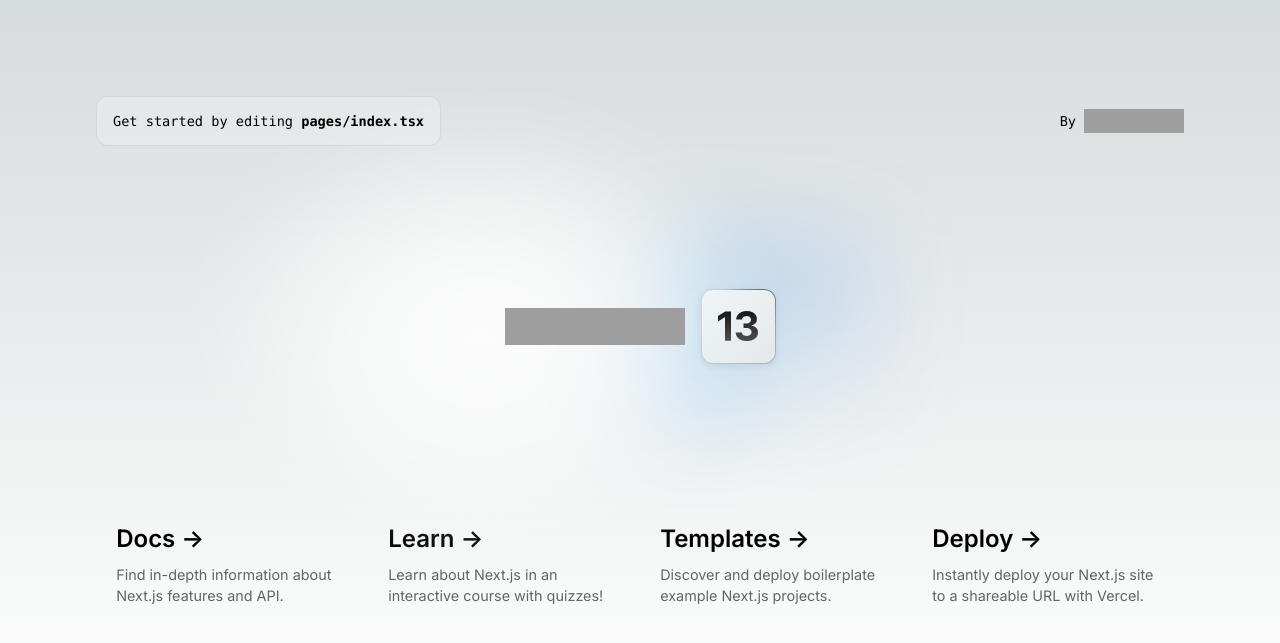
Repository: Marcus20119/Study_nextjs
Page: /
The author's editor kept a copy of each file at every save. The page is drawn from the files as they stood at one save, then again after the next save.
The browser window is 1280 px wide. The pictures show the whole page.
Pictures or frames that could not be fetched are drawn as grey boxes. The project was rebuilt for these pictures with package versions that can differ from the ones it lists, and the page was loaded fresh each time. The framework's server and built-in components were replaced by stand-ins that run in the browser. Also part of the build but not shown: next.config.js.

Above is the page before, as saved 2023-04-05 13:17:56.

After the next save:
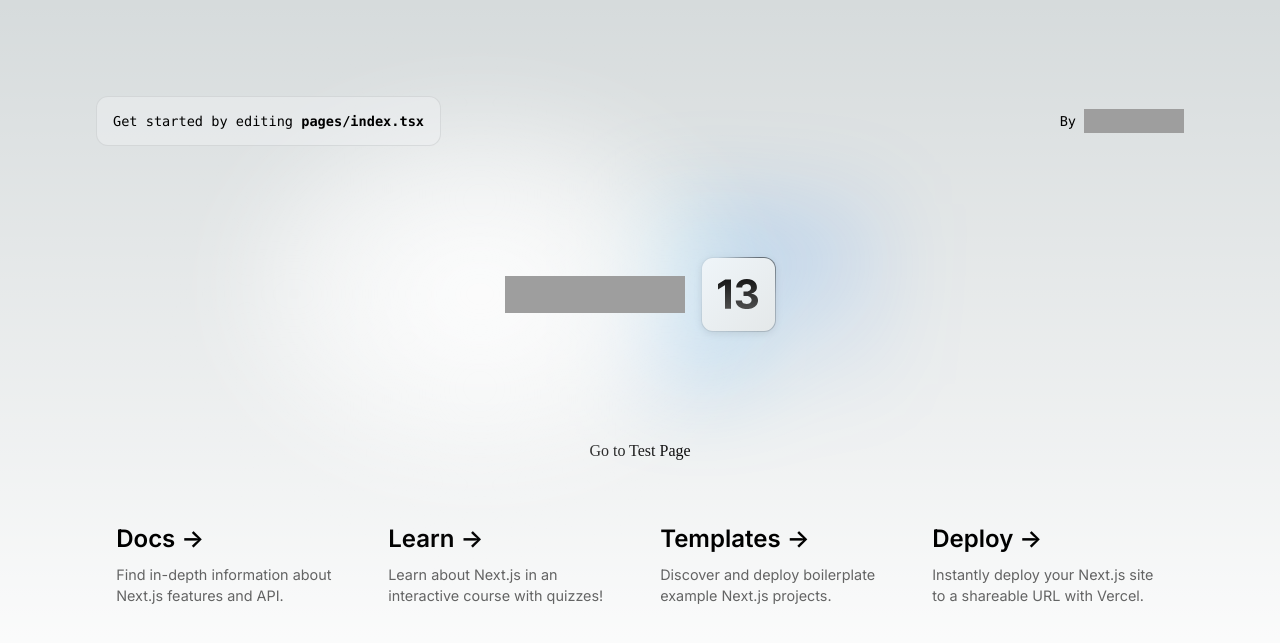
Saved 3 s later.
--- a/pages/index.tsx
+++ b/pages/index.tsx
@@ -2,6 +2,7 @@ import Head from 'next/head';
 import Image from 'next/image';
 import { Inter } from 'next/font/google';
 import styles from '@/styles/Home.module.css';
+import Link from 'next/link';
 
 const inter = Inter({ subsets: ['latin'] });
 
@@ -58,7 +59,7 @@ export default function Home() {
             />
           </div>
         </div>
-
+        <Link href="/test">Go to Test Page</Link>
         <div className={styles.grid}>
           <a
             href="https://nextjs.org/docs?utm_source=create-next-app&utm_medium=default-template&utm_campaign=create-next-app"
